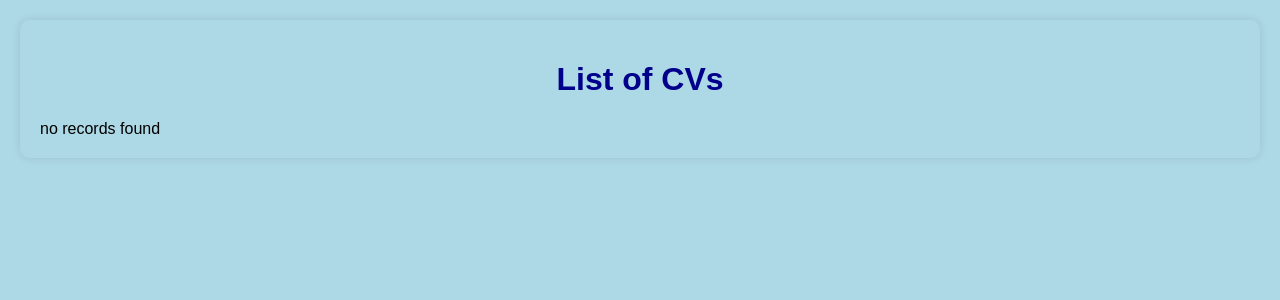
Repository: Arisha004/CV-generator
Page: http://localhost/list.php
The author's editor kept a copy of each file at every save. The page is drawn from the files as they stood at one save, then again after a run of saves.
The browser window is 1280 px wide. The pictures show the whole page.
The page is run by PHP 8.4 with error messages shown; the project is at /var/www/html/. Queries for data that is not in the repository find no rows.

Above is the page before, as saved 2025-10-14 00:59:59.

### list.php
<?php
include 'db.php';
$sql="select * from person";
$result=$conn->query($sql);


?>
<!DOCTYPE html>
<html lang="en">
<head>
    <meta charset="UTF-8">
    <meta name="viewport" content="width=device-width, initial-scale=1.0">
    <title>Document</title>
   <link rel="stylesheet" href="style.css">
</head>
<body>
    <h1>List of CVs</h1>
    <?php
    if($result->num_rows>0){
echo "<table border='1' cellpadding='10'>";
  echo   "<tr>
    <th>ID</th>
    <th>Name</th>
    <th>Email</th>
    <th>Phone</th>
    <th>Address</th>
    <th>Education</th>
    <th>Experience</th>
    <th>Skills</th>
    </tr>";

while($row=$result->fetch_assoc()){
    echo "<tr>";
    echo "<td>".$row["id"]."</td>";
    echo "<td>".$row["name"]."</td>";
    echo "<td>".$row["email"]."</td>";
    echo "<td>".$row["phone"]."</td>";
    echo "<td>".$row["address"]."</td>";
    echo "<td>".$row["education"]."</td>";
    echo "<td>".$row["experience"]."</td>";
    echo "<td>".$row["skills"]."</td>";
    echo "</tr>";

}
echo "</table>";
    }
    else{
        echo "no records found";
    }

?>
</body>
</html>

### db.php
<?php
$servername = "localhost";
$username = "root";
$password = "";
$dbname = "cv";
$conn= new mysqli($servername, $username, $password, $dbname);
if($conn->connect_error){
    die("". $conn->connect_error);
}

?>

### style.css

body{
    background-color: lightblue;
    font-family: Arial, sans-serif;
    margin: 20px;
    padding: 20px;
    border-radius: 10px;
    box-shadow: 0 0 10px rgba(0, 0,0, 0.1);

}
h1{
    color: darkblue;
    text-align: center;
}
p{
    font-size: 16px;
    line-height: 1.5;
    color: #333;
}
a{
    color: darkblue;
    text-decoration: none;
}
a:hover{
    text-decoration: underline;
}
button{
    background-color: darkblue;
    color: white;
    border: none;
    padding: 10px 20px;
    border-radius: 5px;
    cursor: pointer;
}
button:hover{
    background-color: navy;
}
input[type="text"], input[type="email"], textarea,input[type="tel"]{
    width: 100%;
    padding: 10px;
    margin: 10px 0;
    border: 1px solid #ccc;
    border-radius: 5px;
    box-sizing: border-box;
}
input[type="submit"]{
    background-color: darkblue;
    color: white;
    border: none;
    padding: 10px 20px;
    border-radius: 5px;
    cursor: pointer;
}
  table, th, td{
            border: 1px solid black;
            border-collapse: collapse;
        }
        th, td{
            padding: 10px;
        }

form{
    max-width: 600px;
    margin: auto;
}
label{
    font-weight: bold;
}
.container{
    max-width: 800px;
    margin: auto;
    padding: 20px;
    background-color: white;
    border-radius: 10px;
    box-shadow: 0 0 10px rgba(0, 0, 0, 0.1);
}
button a{
    color: white;

}

After the next 2 saves:
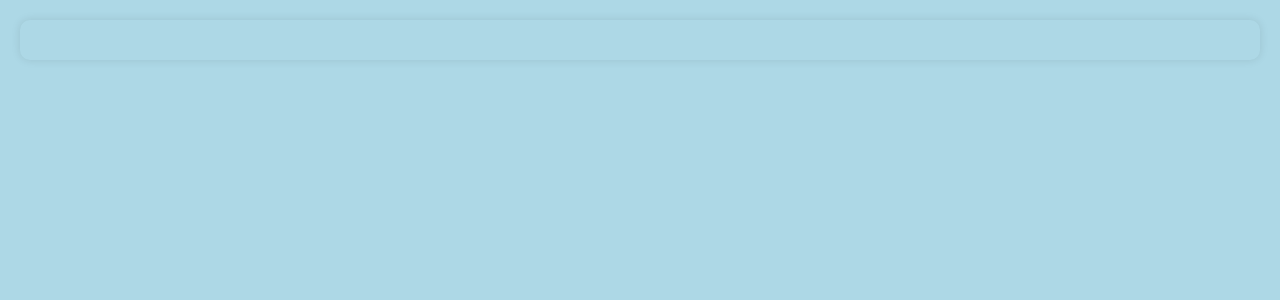
The 2 saves are shown as one change because they came seconds apart.
The last was saved 20 s later.
--- a/list.php
+++ b/list.php
@@ -12,6 +12,7 @@
     <meta name="viewport" content="width=device-width, initial-scale=1.0">
     <title>Document</title>
    <link rel="stylesheet" href="style.css">
+   <style
 </head>
 <body>
     <h1>List of CVs</h1>

After the 4 saves that followed:
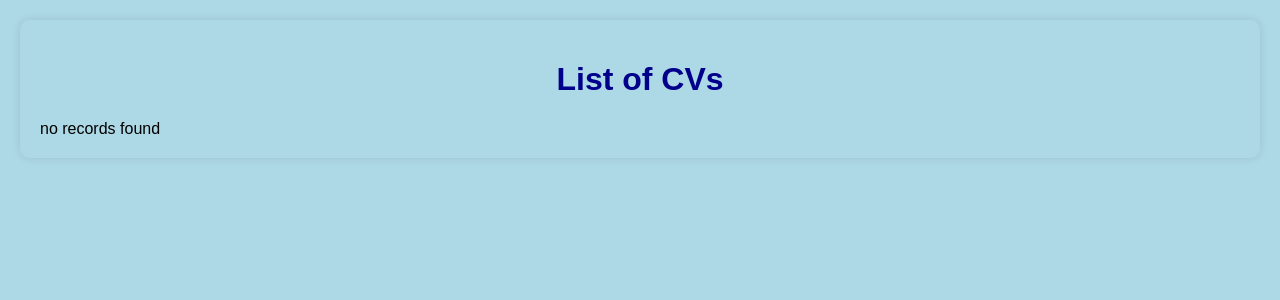
The 4 saves are shown as one change because they came seconds apart.
The last was saved 9 s later.
--- a/list.php
+++ b/list.php
@@ -12,7 +12,8 @@
     <meta name="viewport" content="width=device-width, initial-scale=1.0">
     <title>Document</title>
    <link rel="stylesheet" href="style.css">
-   <style
+   <style>
+    </style>
 </head>
 <body>
     <h1>List of CVs</h1>
